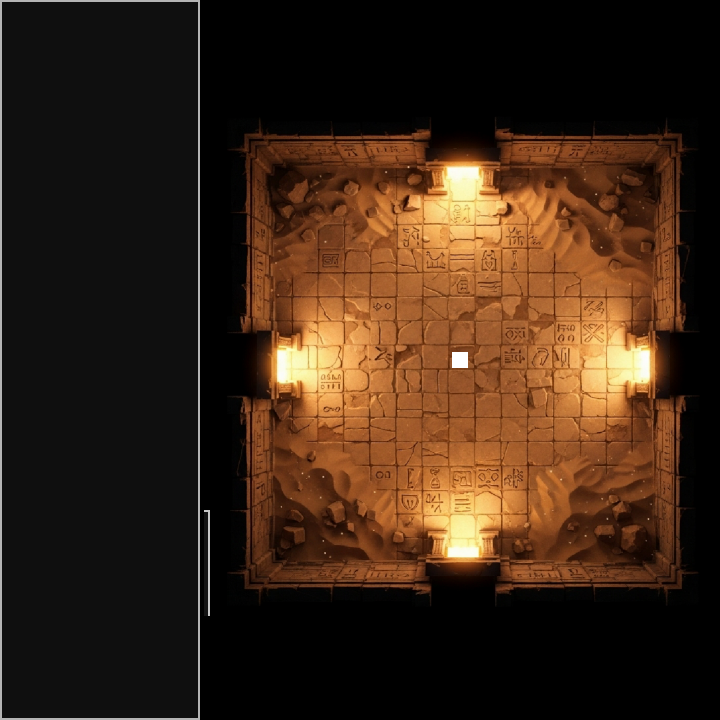
Repository: MehediMim/GateBound
Script's output: python main.py
The author's editor kept a copy of each file at every save. The script's output is drawn from the files as they stood at one save, then again after the next save.
The window is shown after at most 60 frames with no key pressed. Random numbers start from a fixed seed. It also reads assets/bg_arcane.png, assets/bg_desert.png, assets/bg_ice.png, assets/bg_jungle.png, assets/bg_volcanic.png.

Above is the script's output before, as saved 2026-01-26 18:47:34.

### main.py
import pygame
import sys
import random

# =========================
# CONFIG
# =========================
SCREEN = 720
ROOM_ORIGINAL = 1024
ROOM_SCALE = 0.5
ROOM_DRAW = int(ROOM_ORIGINAL * ROOM_SCALE)  # 512
FPS = 60
PLAYER_SPEED = 5
DEBUG = False

GRID_W = 10
GRID_H = 10

# =========================
# CARD CONFIG
# =========================
CARD_TYPES = ["Jungle", "Desert", "Ice", "Volcanic", "Arcane"]
CARD_MIN_POWER = 1
CARD_MAX_POWER = 9
MAX_CARDS = 5



# =========================
# INIT
# =========================
pygame.init()
screen = pygame.display.set_mode((SCREEN, SCREEN))
pygame.display.set_caption("Tower Puzzle — Rooms (10x10)")
clock = pygame.time.Clock()
font = pygame.font.SysFont(None, 36)
map_font = pygame.font.SysFont(None, 14)

# =========================
# ROOM TYPES + BG
# =========================
ROOM_TYPES = ["Jungle", "Desert", "Ice", "Volcanic", "Arcane"]

BG_RAW = {
    "Jungle": pygame.image.load("assets/bg_jungle.png").convert(),
    "Desert": pygame.image.load("assets/bg_desert.png").convert(),
    "Ice": pygame.image.load("assets/bg_ice.png").convert(),
    "Volcanic": pygame.image.load("assets/bg_volcanic.png").convert(),
    "Arcane": pygame.image.load("assets/bg_arcane.png").convert(),
}

BG = {k: pygame.transform.smoothscale(v, (ROOM_DRAW, ROOM_DRAW)) for k, v in BG_RAW.items()}

# =========================
# LAYOUT
# =========================
SIDEBAR_W = 200
GAME_W = SCREEN - SIDEBAR_W
GAME_H = SCREEN

# =========================
# CENTER ROOM RECT (SCREEN SPACE)
# =========================
GAME_BOX_RECT = pygame.Rect(
    SIDEBAR_W + (GAME_W - ROOM_DRAW) // 2,
    (SCREEN - ROOM_DRAW) // 2,
    ROOM_DRAW,
    ROOM_DRAW
)

ROOM_RECT = GAME_BOX_RECT.copy()



# Door hitboxes around the center room (screen space)
DOORS = {
    "top":    pygame.Rect(ROOM_RECT.centerx - 56, ROOM_RECT.top - 112, 112, 112),
    "bottom": pygame.Rect(ROOM_RECT.centerx - 56, ROOM_RECT.bottom,     112, 112),
    "left":   pygame.Rect(ROOM_RECT.left - 112,   ROOM_RECT.centery - 56, 112, 112),
    "right":  pygame.Rect(ROOM_RECT.right,        ROOM_RECT.centery - 56, 112, 112),
}

# Allow player to reach doors
WALK_RECT = ROOM_RECT.copy()
for r in DOORS.values():
    WALK_RECT.union_ip(r)


SPAWN = ROOM_RECT.center

# =========================
# FIXED 10x10 WORLD (PERSISTENT)
# =========================
rooms = {}

def room_id(x, y):
    return y * GRID_W + x

def id_to_xy(rid):
    return (rid % GRID_W, rid // GRID_W)

def create_world():
    for y in range(GRID_H):
        for x in range(GRID_W):
            rid = room_id(x, y)

            links = {}
            if y > 0:              links["top"] = room_id(x, y - 1)
            if y < GRID_H - 1:     links["bottom"] = room_id(x, y + 1)
            if x > 0:              links["left"] = room_id(x - 1, y)
            if x < GRID_W - 1:     links["right"] = room_id(x + 1, y)

            rooms[rid] = {
                "id": rid,
                "pos": (x, y),
                "type": random.choice(ROOM_TYPES),  # random ONCE
                "links": links
            }

create_world()
current = room_id(GRID_W // 2, GRID_H // 2)

# =========================
# PLAYER
# =========================
player = pygame.Rect(0, 0, 16, 16)
player.center = SPAWN




# =========================
# CARDS
# =========================
cards = []

def create_random_card():
    return {
        "type": random.choice(CARD_TYPES),
        "power": random.randint(CARD_MIN_POWER, CARD_MAX_POWER)
    }

def init_cards():
    cards.clear()
    for _ in range(MAX_CARDS):
        cards.append(create_random_card())



def print_cards():
    print("---- CARDS ----")
    for i, c in enumerate(cards):
        print(f"{i}: {c['type']} ({c['power']})")
    print("---------------")

init_cards()
print_cards()
print("CARDS AT START:", cards)




# =========================
# MOVEMENT + ROOM CHANGE
# =========================
def move(dx, dy):
    player.x += dx
    player.y += dy
    player.clamp_ip(WALK_RECT)

def print_room_list():
    print("====== ROOM LIST (10x10) ======")
    for rid in range(GRID_W * GRID_H):
        print(f"Room {rid:02d} @ {rooms[rid]['pos']}: {rooms[rid]['type']}")
    print("===============================")

def change_room(direction):
    global current
    if direction in rooms[current]["links"]:
        current = rooms[current]["links"][direction]
        player.center = SPAWN

        r = rooms[current]
        print("---- ROOM CHANGE ----")
        print("Current:", current, "Grid:", r["pos"], "Type:", r["type"])
        for k in ("top", "left", "right", "bottom"):
            print(f"  {k} ->", r["links"].get(k))
        print("---------------------")

def handle_doors():
    for direction, rect in DOORS.items():
        if player.colliderect(rect):
            change_room(direction)
            break

# =========================
# DEBUG DRAW
# =========================
def draw_debug():
    pygame.draw.rect(screen, (0, 255, 0), ROOM_RECT, 2)
    pygame.draw.rect(screen, (255, 255, 0), WALK_RECT, 2)
    for name, r in DOORS.items():
        pygame.draw.rect(screen, (255, 0, 0), r, 2)
        t = map_font.render(name, True, (255, 0, 0))
        screen.blit(t, (r.x + 5, r.y + 5))
    pygame.draw.rect(screen, (0, 150, 255), player, 2)

def draw_debug_info():
    y = 60
    line_h = 20
    room = rooms[current]

    def line(text):
        nonlocal y
        screen.blit(font.render(text, True, (255, 255, 0)), (10, y))
        y += line_h

    line(f"Room ID: {current}  Grid: {room['pos']}  Type: {room['type']}")
    line(f"Top: {room['links'].get('top')}")
    line(f"Left: {room['links'].get('left')}")
    line(f"Right: {room['links'].get('right')}")
    line(f"Bottom: {room['links'].get('bottom')}")

# =========================
# MINIMAP (CROSS: MAX 5 EACH SIDE)
# =========================
def draw_minimap():
    panel_size = 200
    panel_x = 10
    panel_y = SCREEN - panel_size - 10


    node = 16
    gap = 4
    step = node + gap

    center_x = panel_x + panel_size // 2 - node // 2
    center_y = panel_y + panel_size // 2 - node // 2

    pygame.draw.rect(screen, (20, 20, 20), (panel_x, panel_y, panel_size, panel_size))
    pygame.draw.rect(screen, (200, 200, 200), (panel_x, panel_y, panel_size, panel_size), 2)

    # center
    pygame.draw.rect(screen, (0, 200, 255), (center_x, center_y, node, node))
    screen.blit(map_font.render(str(current), True, (0, 0, 0)), (center_x + 3, center_y + 2))

    for d, (dx, dy) in {
        "top": (0, -1),
        "bottom": (0, 1),
        "left": (-1, 0),
        "right": (1, 0),
    }.items():
        rid = current
        cx, cy = center_x, center_y

        for _ in range(5):
            nxt = rooms[rid]["links"].get(d)
            if nxt is None:
                break

            cx += dx * step
            cy += dy * step

            pygame.draw.line(
                screen, (120, 120, 120),
                (cx + node // 2 - dx * step, cy + node // 2 - dy * step),
                (cx + node // 2, cy + node // 2),
                2
            )

            pygame.draw.rect(screen, (170, 170, 170), (cx, cy, node, node))
            screen.blit(map_font.render(str(nxt), True, (0, 0, 0)), (cx + 3, cy + 2))

            rid = nxt
def draw_cards():
    x = 10
    y = 60
    w = SIDEBAR_W - 20
    h = 60
    gap = 10

    for i, c in enumerate(cards):
        color = {
            "Jungle": (50, 160, 80),
            "Desert": (200, 180, 80),
            "Ice": (150, 200, 255),
            "Volcanic": (200, 80, 60),
            "Arcane": (160, 100, 200)
        }[c["type"]]

        rect = pygame.Rect(x, y + i * (h + gap), w, h)

        pygame.draw.rect(screen, color, rect, border_radius=6)
        pygame.draw.rect(screen, (0, 0, 0), rect, 2, border_radius=6)

        t1 = map_font.render(c["type"], True, (0, 0, 0))
        t2 = map_font.render(f"Power: {c['power']}", True, (0, 0, 0))

        screen.blit(t1, (rect.x + 8, rect.y + 8))
        screen.blit(t2, (rect.x + 8, rect.y + 32))


# =========================
# LOOP
# =========================
while True:
    clock.tick(FPS)

    for e in pygame.event.get():
        if e.type == pygame.QUIT:
            pygame.quit()
            sys.exit()
        if e.type == pygame.KEYDOWN:
            if e.key == pygame.K_p:   # print whole list on demand
                print_room_list()

    k = pygame.key.get_pressed()
    dx = dy = 0
    if k[pygame.K_a] or k[pygame.K_LEFT]:
        dx -= PLAYER_SPEED
    if k[pygame.K_d] or k[pygame.K_RIGHT]:
        dx += PLAYER_SPEED
    if k[pygame.K_w] or k[pygame.K_UP]:
        dy -= PLAYER_SPEED
    if k[pygame.K_s] or k[pygame.K_DOWN]:
        dy += PLAYER_SPEED

    move(dx, dy)
    handle_doors()

    screen.fill((0, 0, 0))   # ✅ ONLY ONCE, FIRST


    # Sidebar background
    pygame.draw.rect(screen, (15, 15, 15), (0, 0, SIDEBAR_W, SCREEN))
    pygame.draw.rect(screen, (180, 180, 180), (0, 0, SIDEBAR_W, SCREEN), 2)

    # Game box background
    pygame.draw.rect(screen, (30, 30, 30), GAME_BOX_RECT)
    pygame.draw.rect(screen, (180, 180, 180), GAME_BOX_RECT, 2)




    # =====================
    # DRAW (HALF PREVIEWS)
    # =====================


    room = rooms[current]
    cx, cy = ROOM_RECT.topleft
    w = h = ROOM_DRAW
    half = w // 2

    screen.set_clip(GAME_BOX_RECT)

    # Center room (full)
    screen.blit(BG[room["type"]], (cx, cy))

    # Top room (show bottom half)
    top_id = room["links"].get("top")
    if top_id is not None:
        top_room = rooms[top_id]
        top_img = BG[top_room["type"]].subsurface(pygame.Rect(0, half, w, half))
        screen.blit(top_img, (cx, cy - half))

    # Bottom room (show top half)
    bottom_id = room["links"].get("bottom")
    if bottom_id is not None:
        bottom_room = rooms[bottom_id]
        bottom_img = BG[bottom_room["type"]].subsurface(pygame.Rect(0, 0, w, half))
        screen.blit(bottom_img, (cx, cy + w))

    # Left room (show right half)
    left_id = room["links"].get("left")
    if left_id is not None:
        left_room = rooms[left_id]
        left_img = BG[left_room["type"]].subsurface(pygame.Rect(half, 0, half, h))
        screen.blit(left_img, (cx - half, cy))

    # Right room (show left half)
    right_id = room["links"].get("right")
    if right_id is not None:
        right_room = rooms[right_id]
        right_img = BG[right_room["type"]].subsurface(pygame.Rect(0, 0, half, h))
        screen.blit(right_img, (cx + w, cy))

    # Player
    pygame.draw.rect(screen, (255, 255, 255), player)

    # ---------- UI ----------
    draw_cards()
    draw_minimap()


    # Label
    label = font.render(f"{room['type']} Room  (ID {current}, {room['pos']})", True, (255, 255, 255))
    screen.blit(label, (SCREEN // 2 - label.get_width() // 2, 18))

    if DEBUG:
        draw_debug()
        draw_debug_info()



    pygame.display.flip()

After the next save:
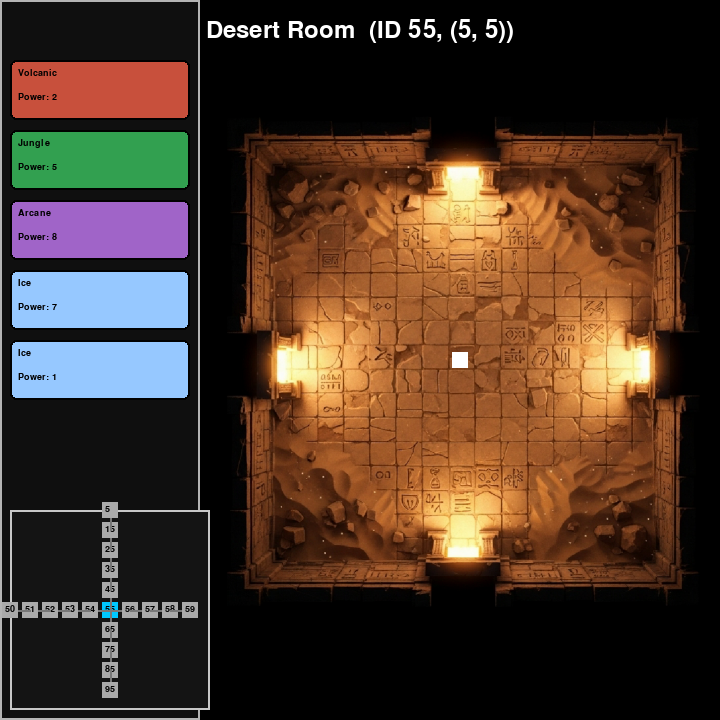
Saved 8 s later.
--- a/main.py
+++ b/main.py
@@ -388,6 +388,9 @@ while True:
     # Player
     pygame.draw.rect(screen, (255, 255, 255), player)
 
+    screen.set_clip(None)
+
+
     # ---------- UI ----------
     draw_cards()
     draw_minimap()
